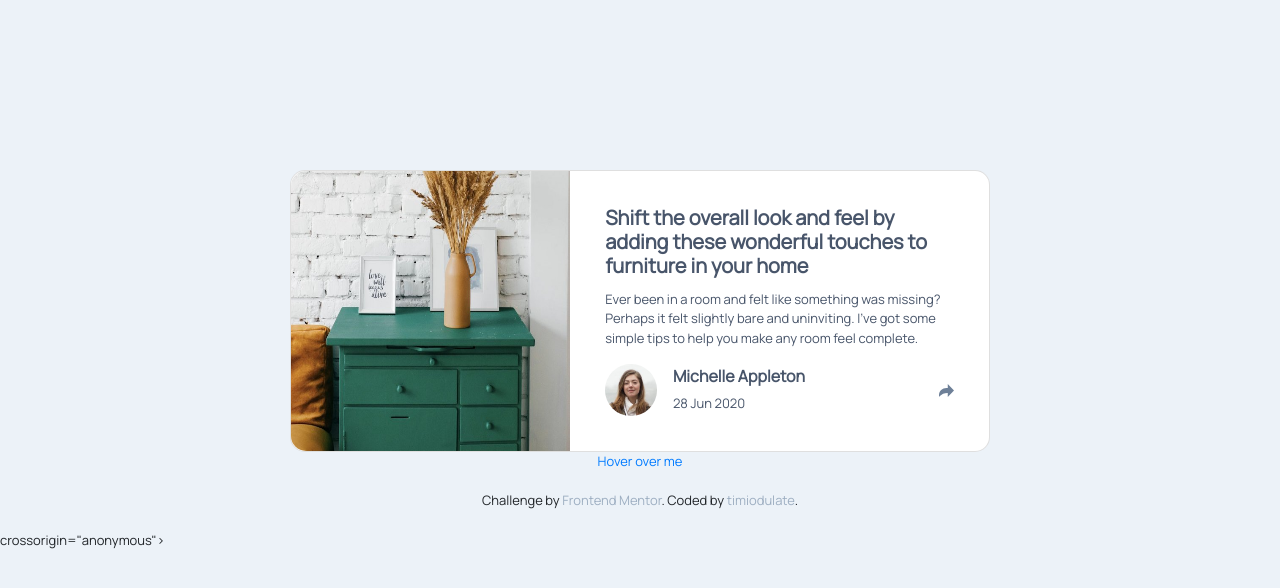
Repository: timiodulate/Article-Preview-Component
Page: index.html
The author's editor kept a copy of each file at every save. The page is drawn from the files as they stood at one save, then again after a run of saves.
The browser window is 1280 px wide. The pictures show the whole page.

Above is the page before, as saved 2020-07-11 14:03:30.
Console error: ReferenceError: $ is not defined

After the next 2 saves:
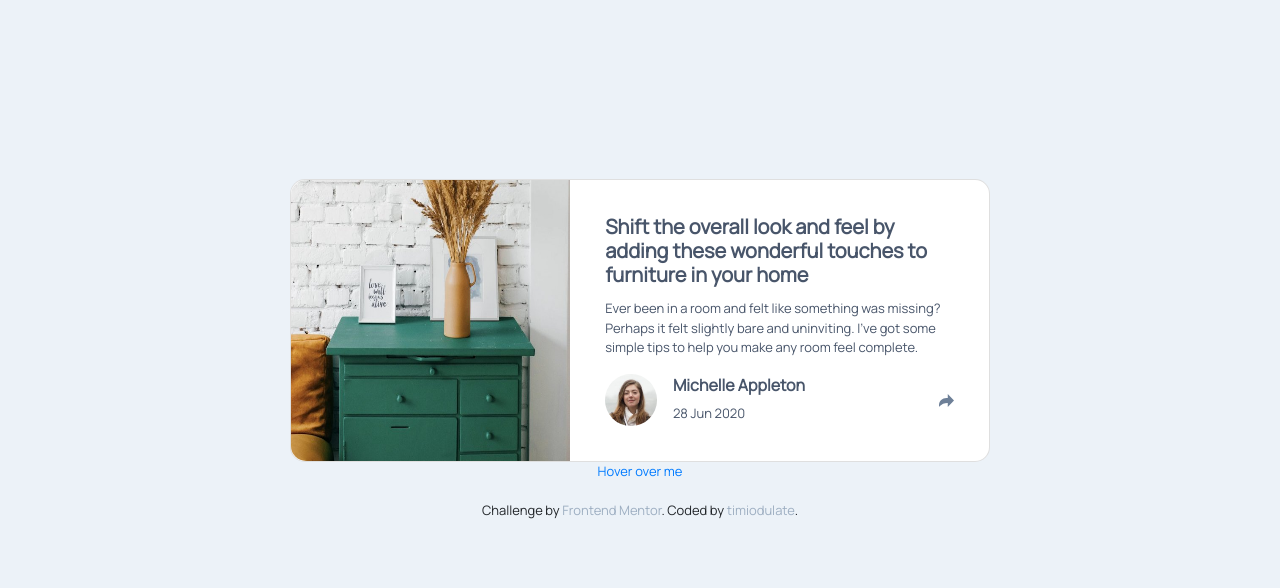
The 2 saves are shown as one change because they came seconds apart.
The last was saved 7 s later.
--- a/index.html
+++ b/index.html
@@ -84,7 +84,7 @@
   </div>
 </body>
 
-<script src="https://code.jquery.com/jquery-3.5.1.min.js"></script>crossorigin="anonymous"></script>
+  <script src="https://code.jquery.com/jquery-3.5.1.min.js"></script>
   <script src="./js/bootstrap.min.js"></script>
 
 </body>
